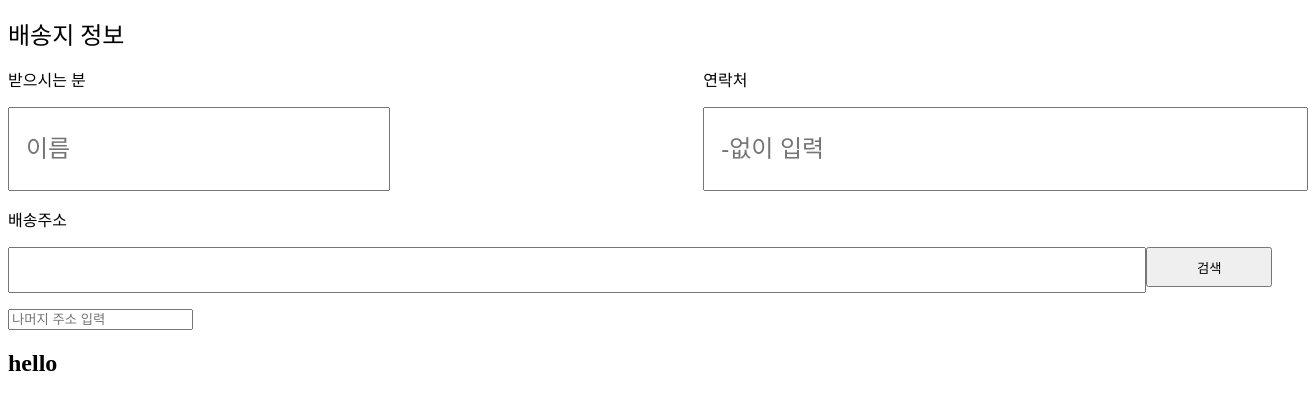
Repository: seungsu12/carrot
Page: http://localhost/carrot/order_form_second.jsp
An editor plug-in stored every save of this project. The page is shown before and after the next save, followed by the edit.
The browser window is 1280 px wide. The page is 1308 px wide, then 1280 px, then 1308 px, so the pictures cover 1308 px, including what lies to the right of the window. The pictures show the whole page.
The page is served by Tomcat 9.

Above is the page before, as saved 2021-10-02 04:30:20.

After the next save:
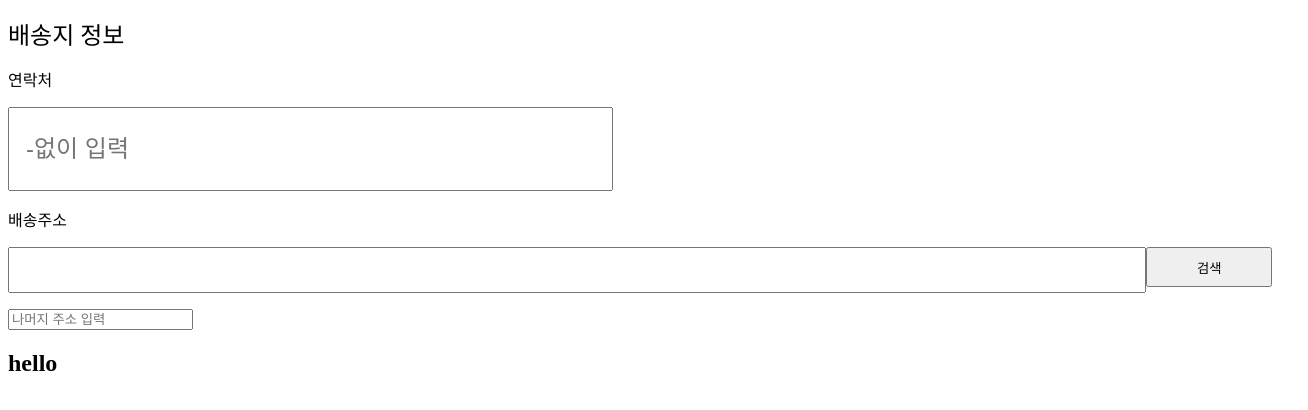
Saved 69 s later.
--- a/carrot/WebContent/order_form_second.jsp
+++ b/carrot/WebContent/order_form_second.jsp
@@ -55,12 +55,7 @@
 			배송지 정보
 		</div>
 		<div class="deliver_content_first">
-			<div class="delvier_content_firstblock">
-				<span>받으시는 분</span>
-				<div>
-					<input type="text" placeholder="이름">
-				</div>
-			</div>
+
 			<div class="deliver_content_firstblock">
 				<span>연락처</span>
 				<div class="delvier_content_firstblock">

After the save that followed:
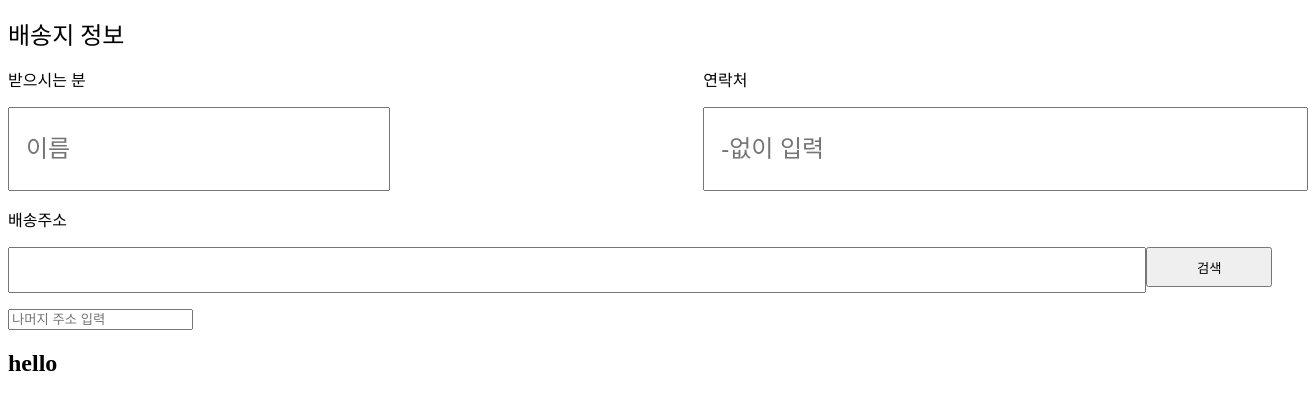
Saved 54 s later.
--- a/carrot/WebContent/order_form_second.jsp
+++ b/carrot/WebContent/order_form_second.jsp
@@ -55,7 +55,12 @@
 			배송지 정보
 		</div>
 		<div class="deliver_content_first">
-
+			<div class="delvier_content_firstblock">
+				<span>받으시는 분</span>
+				<div>
+					<input type="text" placeholder="이름">
+				</div>
+			</div>
 			<div class="deliver_content_firstblock">
 				<span>연락처</span>
 				<div class="delvier_content_firstblock">
